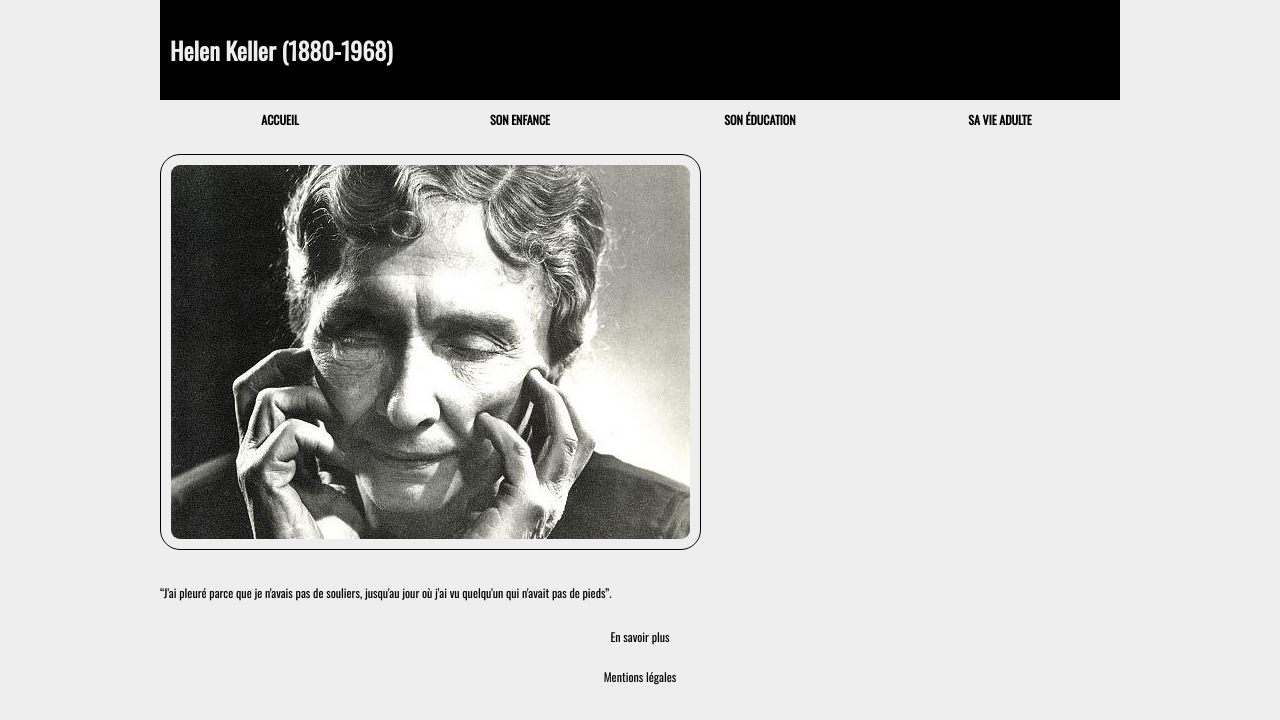
Repository: Luc010/Exercices
Page: HTML CSS/biographie_helen_keller/index.html
These files come from the project's save history. The page is drawn as it stood at one moment and after the next save; the edit follows.
The browser window is 1280 px wide. The pictures show the whole page.

Above is the page before, as saved 2019-09-04 16:16:18.

### HTML CSS/biographie_helen_keller/index.html
<!DOCTYPE html>
<html lang="fr">
<head>
    <title>Biographie Helen Keller - Accueil</title>
    <meta charset="UTF-8">
    <meta name="viewport" content="width=device-width, initial-scale=1.0">
    <meta http-equiv="X-UA-Compatible" content="ie=edge">
    <link href="style.css" rel="stylesheet">
</head>
<body>
    <header>
        <div class="container bg">
            <h1>Helen Keller (1880-1968)</h1>
        </div>
    </header>
    <nav>
        <ul>
            <li><a href="index.html">Accueil</a></li>
            <li><a href="enfance.html">Son enfance</a></li>
            <li><a href="education.html">Son éducation</a></li>
            <li><a href="adulte.html">Sa vie adulte</a></li>
        </ul>
    </nav>
    <main>
        <div class="container">
            <p><img src="img/hk.jpg" alt="helen Keller portrait"></p>
            <p>“J'ai pleuré parce que je n'avais pas de souliers, jusqu'au jour où j'ai vu quelqu'un qui n'avait pas de
                pieds”.
            </p>
        </div>
    </main>
    <footer>
        <div class="container">
            <a href="savoirplus.html">En savoir plus</a>
            <a href="mentions.html">Mentions légales</a>
        </div>
    </footer>
</body>
</html>

### HTML CSS/biographie_helen_keller/style.css
@import url('https://fonts.googleapis.com/css?family=Oswald&display=swap');
body{
    margin: 0;
    padding: 0;
    background-color: #eee;
    font-size: 12px;
    font-family: 'Oswald',corbel,calibri,sans-serif;
}
.bg{
    background-color: black;
    width: 960px;
    min-height: 100px;
    line-height: 100px;
    margin-left: auto;
    margin-right: auto;
}
h1{
    color: #eee;
    text-indent: 10px;
    margin: 0;
}
h2{
    color: grey;
    border-bottom: 1px solid black;
}
p{
    /* Pourcentage plus simple à gérer, interligne (utilité: bcp de text) */
    line-height:200%;
}
img{
    border: 1px solid black;
    border-radius: 20px;
    padding: 10px;
}
.container {
    display: flex;
    flex-direction: column;
    width: 960px;
    margin-left: auto;
    margin-right: auto;
}
nav {
    min-height: 40px;
    position: sticky;
    top: 0;
    width: 960px;
    margin-left: auto;
    margin-right: auto;
}
ul, li {
    margin: 0;
    padding: 0;
    list-style: none;
}
ul {
    display: flex;
}
li {
    width: 100%;
    margin-bottom: 2px;
    height: 40px;
    font-weight: bold;
    text-transform: uppercase;
}
a {
    color: black;
    text-decoration: none;
    display: block;
    height: 40px;
    line-height: 40px;
    text-align: center;
    background-color: #eee;
}
a:hover {
    color: white;
    background-color: black;
}

After the next save:
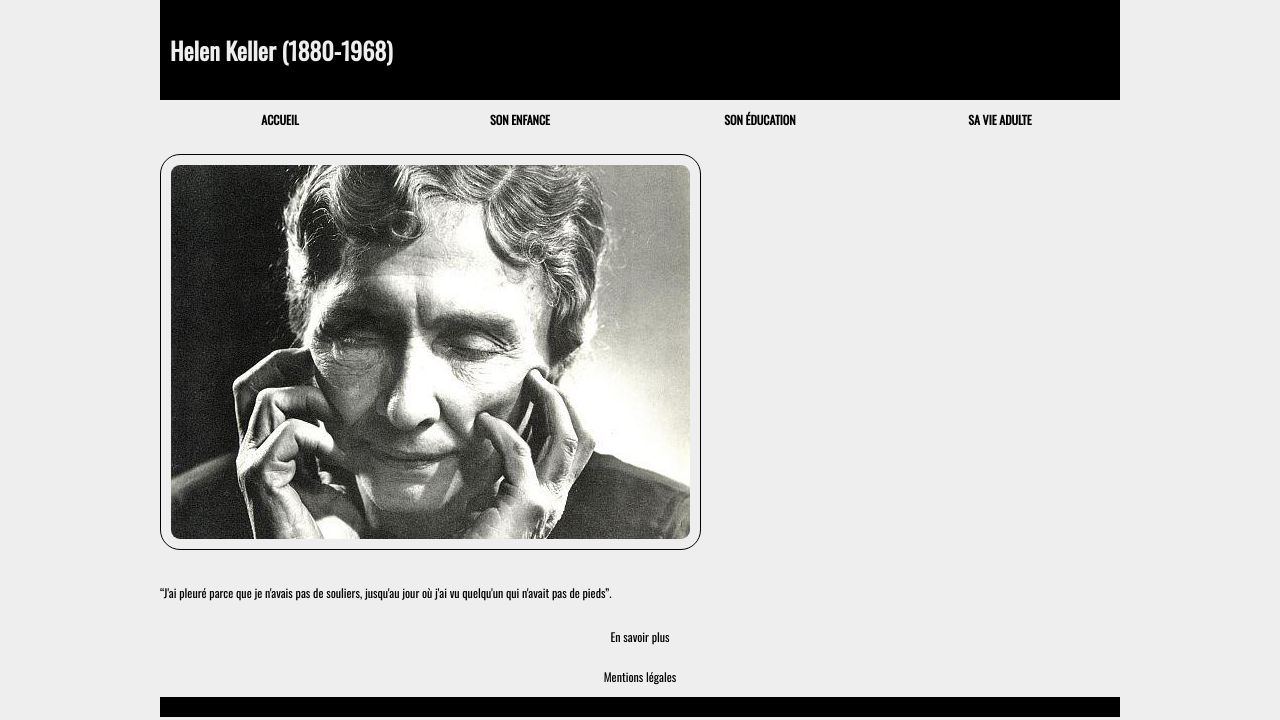
Saved 38 s later.
--- a/HTML CSS/biographie_helen_keller/index.html
+++ b/HTML CSS/biographie_helen_keller/index.html
@@ -29,7 +29,7 @@
             </p>
         </div>
     </main>
-    <footer>
+    <footer class="bg">
         <div class="container">
             <a href="savoirplus.html">En savoir plus</a>
             <a href="mentions.html">Mentions légales</a>
